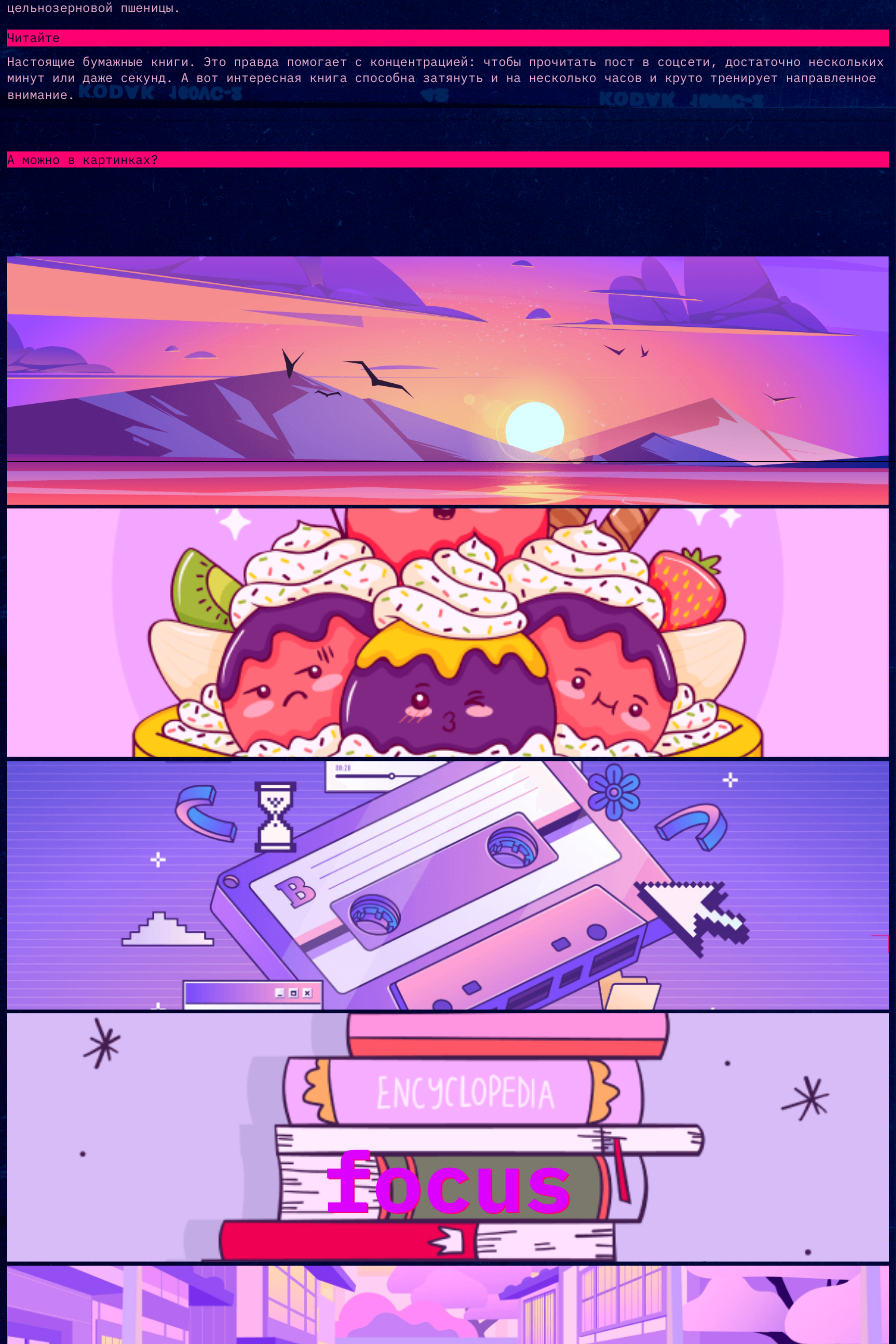
Repository: NikWolf75/slozhno-sosredotochitsya-fd
Page: index.html
These files come from the project's save history. The page is drawn as it stood at one moment and after the next save; the edit follows.
The browser window is 1280 px wide. The pictures show the part of the page from y = 2245 to 4165 px (the page is 4414 px tall before and 26178 px after), at 70% of full size.
Backgrounds fixed to the window are drawn as part of the page.

Above is the page before, as saved 2025-02-27 11:44:12.

### index.html
<!DOCTYPE html>
<html lang="ru">
  <head>
    <meta charset="UTF-8" />
    <meta http-equiv="X-UA-Compatible" content="IE=edge" />
    <meta name="viewport" content="width=device-width, initial-scale=1.0" />
    <meta name="color-scheme" content="dark light" />
    <link rel="stylesheet" href="/fonts/fonts.css" />
    <link rel="stylesheet" href="/styles/globals.css" />
    <link rel="stylesheet" href="/styles/variables.css" />
    <link rel="stylesheet" href="/styles/style.css" />
    <link rel="stylesheet" href="/styles/dark.css" />
    <link rel="stylesheet" href="/styles/light.css" />
    <link rel="icon" href="image/favicon.ico" />
    <title>Сложно сосредоточиться</title>
    <script src="./scripts/script.js"></script>
  </head>
  <body class="page">
    <div class="rec_element" aria-hidden="true"></div>
    <header class="header decorated-zone">
      <nav class="header__theme-menu">
        <ul class="header__theme-menu-list">
          <li class="header__theme-menu-item">
            <button
              class="header__theme-menu-button header__theme-menu-button_type_light"
            >
              День
            </button>
          </li>
          <li class="header__theme-menu-item">
            <button
              class="header__theme-menu-button header__theme-menu-button_active header__theme-menu-button_type_auto"
              disabled
            >
              Авто
            </button>
          </li>
          <li class="header__theme-menu-item">
            <button
              class="header__theme-menu-button header__theme-menu-button_type_dark"
            >
              Неон
            </button>
          </li>
        </ul>
      </nav>
      <h1 class="header__title">no focus</h1>
      <div class="header__undertitle title-decor">
        <p>Что делать, когда не можешь делать ничего</p>
        <p>
          Или почему нам так сложно сконцентрироваться, особенно когда очень
          надо
        </p>
      </div>
    </header>
    <main class="content">
      <section class="content__section content__why">
        <h2 class="content__section-title"> Почему сосредоточиться так сложно
        </h2>
        <article class="content__section-text_block">
          <h3 class="content__section-text_block-undertitle title-decor">
            Многозадачность
          </h3>
          <p class="content__section-text_block-text">
            Особенно сложно сосредоточиться, когда задач много и все они —
            важные. Где же легендарная многозадачность, когда она так нужна вам
            (и всем нанимающим менеджерам этого мира)? А дело в том, что её
            просто не существует. Исследователи
            <a class="link-text" href="#0">выяснили</a>,
            что мозгу тяжело концентрироваться даже на двух делах одновременно.
            А когда в поле внимания попадает несколько важных задач, организм
            паникует и выделяет кортизол и адреналин — «гормоны стресса».
            Из-за этого мы работаем невнимательно: ошибаемся и быстро устаём.
          </p>
        </article>
        <article class="content__section-text_block">
          <h3 class="content__section-text_block-undertitle title-decor">
            Дофамин
          </h3>
          <p class="content__section-text_block-text">
            С гормонами стресса всё понятно, но дальше — ещё интереснее. В нашей
            невозможности сосредоточиться замешана и полная противоположность
            стрессу — дофамин. Это вещество участвует в системе вознаграждения
            мозга. Причём тут он? Мы часто отвлекаемся от важной задачи на
            что-то более «приятное» для мозгов. Например, смотрим лайки в
            соцсетях. В это время и выделяется дофамин — и мы чувствуем
            удовольствие. Получается замкнутый круг: чем больше отвлекаешься,
            тем больше удовольствия получаешь.
          </p>
        </article>
      </section>
      <section class="content__section content__what">
        <h2 class="content__section-title">
          Что снижает концентрацию внимания?
        </h2>
        <article class="content__section-text_block">
          <h3 class="content__section-text_block-undertitle title-decor">
            Многозадачность
          </h3>
          <p class="content__section-item-text">
            Как концентрация может снижаться из-за… концентрации? Любая
            стрессовая ситуация (и резко меняющийся мир в целом) заставляет наш
            мозг постоянно «сканировать» окружающую среду на предмет опасности.
            Например, читать новости вместо работы. Но быть собранными всё время
            — невозможно. Концентрация — мышца, и она может не выдержать, если
            не давать ей отдохнуть.
          </p>
        </article>
        <article class="content__section-text_block">
          <h3 class="content__section-text_block-undertitle title-decor">
            Еда
          </h3>
          <p class="content__section-text_block-text">
            «Быстрые углеводы» — сахар, белый хлеб, сладости — молниеносно
            доставляют в мозг энергию и помогают ему лучше работать. Но уходит
            эта энергия также быстро, как и приходит. А мы в результате попадаем
            на «углеводные качели»: как только действие «быстрых углеводов»
            заканчивается, мы чувствуем усталость и сонливость. И хотим ещё
            больше быстрых углеводов.
          </p>
        </article>
        <article class="content__section-text_block">
          <h3 class="content__section-text_block-undertitle title-decor">
            Гаджеты
          </h3>
          <p class="content__section-text_block-text">
            Да-да, это та самая ситуация, когда на экране ноутбука — код, в
            наушниках — подкаст, а на компьютере фоном — ещё и видео с забавными
            утятами. В результате мозг пытается переключиться с одной задачи на
            другую — и просто не может. А чтобы вернуться к состоянию полной
            концентрации, человеку в среднем нужно 20 минут. Вот и получается,
            что чем больше времени мы проводим в гаджетах, тем больше времени
            затем нужно, чтобы вернуться к работе.
          </p>
        </article>
      </section>
      <section class="content__section content_how">
        <h2 class="content__section-title">
          Как концентрироваться лучше, чем золотая рыбка (то есть дольше трёх
          секунд)
        </h2>
        <article class="content__section-text_block">
          <h3
            class="content__section-text_block-undertitle tips-undertitle title-decor"
          >
            5 простых (на самом деле не очень) советов
          </h3>
          <h4 class="content__section-text_block-undertitle title-decor">
            Представьте небо и облака
          </h4>
          <p class="content__section-text_block-text">
            Или листья в ручье. Тут дело в лёгкой медитации, которая помогает
            успокоиться. Ведь часто именно тревожные мысли о сложных задачах как
            раз и мешают эти сложные задачи делать. В такие моменты можно
            закрыть глаза и представить, что чистое небо — это вы, а облака —
            тревожные мысли. И сколько бы их ни было — ясное небо всегда будет
            где-то там, за тучами, и никуда не денется. Это упражнение поможет
            вернуться в настоящий момент, а не волноваться о потенциальных
            проблемах из будущего.
          </p>
        </article>
        <article class="content__section-text_block">
          <h4 class="content__section-text_block-undertitle title-decor">
            Включите музыку
          </h4>
          <p class="content__section-text_block-text">
            Но не любую, и не любимую. Любимая может быть связана с сильными
            положительными эмоциями, которые тоже очень сильно отвлекают.
            Подойдёт тихая, спокойная, умеренно-ритмичная. Можно вообще
            попробовать включить плейлист с «белым шумом» или нейромузыкой.
          </p>
        </article>
        <article class="content__section-text_block">
          <h4 class="content__section-text_block-undertitle title-decor">
            Прогуляйтесь
          </h4>
          <p class="content__section-text_block-text">
            Или даже пробегитесь. Лучше найти парк или лес: один эксперимент
            <a class="link-text" href="#0">показал</a>, что созерцание природы повышает концентрацию, в то время
            как после просмотра городских пейзажей она наоборот понижается.
            Можно совместить прогулку с физическими упражнениями или бегом — так
            в мозг поступит ещё больше кислорода и он будет лучше работать. Но и
            простая двадцатиминутная прогулка — тоже отличный вариант.
          </p>
        </article>
        <article class="content__section-text_block">
          <h4 class="content__section-text_block-undertitle title-decor">
            Хорошо ешьте
          </h4>
          <p class="content__section-text_block-text">
            Мы — не ваша бабушка, но это правда важно. Выбирайте продукты,
            которые препятствуют резким скачкам сахара в крови. Например, с
            высоким содержанием клетчатки: овощи, ягоды, бобовые (нут, чечевица,
            фасоль), коричневый рис, хлеб из цельнозерновой пшеницы.
          </p>
        </article>
        <article class="content__section-text_block">
          <h4 class="content__section-text_block-undertitle title-decor">
            Читайте
          </h4>
          <p class="content__section-text_block-text">
            Настоящие бумажные книги. Это правда помогает с концентрацией: чтобы
            прочитать пост в соцсети, достаточно нескольких минут или даже
            секунд. А вот интересная книга способна затянуть и на несколько
            часов и круто тренирует направленное внимание.
          </p>
        </article>
      </section>
      <section class="content__section content__gallery">
        <h2 class="content__section-text_block-undertitle title-decor">
          А можно в картинках?
        </h2>
        <div class="content_section-images_gallery">
          <img
            class="content__section-image"
            src="./images/sunset.png"
            alt="Вид острова на закате"
            loading="lazy"
          />
          <img
            class="content__section-image"
            src="./images/ice-cream.png"
            alt="Чаша с мороженным"
            loading="lazy"
          />
          <img
            class="content__section-image"
            src="./images/tape.png"
            alt="Кассета"
            loading="lazy"
          />
          <img
            class="content__section-image"
            src="./images/books.png"
            alt="Стопка книг"
            loading="lazy"
          />
          <img
            class="content__section-image"
            src="./images/street.png"
            alt="Улица"
            loading="lazy"
          />
        </div>
      </section>
    </main>
    <footer class="footer decorated-zone">
      <h2 class="footer__title">focus</h2>
    </footer>
  </body>
</html>

### styles/variables.css
:root {
  --title-color: #ff0070;
  --main-font: 'IBM Plex mono';
  --main-font-size: 18px;
  --title-font-weight: 700;
  --text-font-weight: 400;
  --main-padding-small: 10px;
}

### styles/style.css
.page {
  font-family: var(--main-font, 'IBM Plex mono');
  font-size: var(--main-font-size, 18px);
  block-size: min-content;
  position: relative;
  font-weight: 400;
  background-color: var(--main-background-color, #000028 );
  background-image: var(--main-background-image, url("../images/cover-image-dark.png"));
  background-repeat: no-repeat;
  background-attachment: fixed;
  background-position: center;
  background-size: cover;
  line-height: 1.3em;
  color: var(--main-font-color, #F1B2CE);
 }

.decorated-zone {
  position: relative;
}

.decorated-zone::after,
.decorated-zone::before {
  position: absolute;
  inline-size: 25px;
  block-size: 25px;
  content: "";
  border: 1px solid var(--corner-color);
}

.decorated-zone::after {
  bottom: 10px;
  left: 10px;
  border-bottom: 1px solid var(--rectangle-color, #ff0070);
  border-left: 1px solid var(--rectangle-color, #ff0070);
}

.decorated-zone::before {
  top: 10px;
  right: 10px;
  border-top: 1px solid var(--rectangle-color, #ff0070);
  border-right: 1px solid var(--rectangle-color, #ff0070);
}

.rec_element {
  position: absolute;
  display: flex;
  align-items: center;
  justify-content: center;
  top: 10px;
  right: 20px;
  color: var(--rec-theme-color, #ff0070);
  gap: 10px;
}

.rec_element:before {
  content: "REC";
}

.rec_element:after {
  display: block;
  content: "";
  border-radius: 50%;
  background: var(--accent-color, #ff0070);
  width: 10px;
  height: 10px;
  box-shadow: 0 0 4px 2px var(--accent-color, #ff0070)
}

.header {
  display: grid;
  grid-template-columns: 1fr;
  grid-template-rows: 1fr min-content 1fr;
  align-items: center;
  position: relative;
  block-size: min(668px, 100vh);
  padding: var(--main-padding-small, 10px);
  margin-block-end: 40px;
 }

.header__theme-menu-list {
  display: flex;
  flex-direction: column;
  align-items: end;
  block-size: 100%;
  row-gap: 10px;
}

.header__theme-menu-button {
  text-align: center;
  background: transparent;
  color: var(--button-text-color);
  border: none;
  text-transform: lowercase;
  padding-right: 13px;
  padding-left: 13px;
}

.header__theme-menu-bitton:hover {
  outline: 1px solid var(--button-outline-color)
}

.header__theme-menu-button_active {
  outline: 1px solid var(--button-theme-color, #ff0070);
}

.header__theme-menu-button:focus {
  outline: none;
  text-decoration: underline;
}

.header__title {
  font-size: clamp(7.25rem, 7.0115rem + 1.0178vw, 7.5rem);
  line-height: 83%;
  color: var(--accent-color-title, #db00ff);
  text-shadow: 4px 4px 0 var(--accent-color, #ff0070);
  cursor: default;
}

.header__undertitle {
  font-size: var(--main-font), monospace;
  font-weight: var(--title-font-weight, 700);
  border-bottom: none;
  border-left: none;
}

.title-decor {
  color: var(--undertitle-color, #000028);
  background-color: var(--title-color, #ff0070);
}

.content {
  display: grid;
  padding: 0 var(--main-padding-small, 10px);
  grid-template-columns: 1fr;
  gap: 50px;
}

.content__section {
  display: grid;
  grid-template-columns: 1fr;
  row-gap: 20px;
}

.content__section-title {
  justify-self: start;
  color: var(--title-color, #ff0070);
}

.content__section-text_block-undertitle,
.content__section-title {
  font-size: var(--main-font-size, 18px);
  font-weight: var(--title-font-weight, 700);
}

.content__section-text_block-undertitle {
  margin-block-end: 10px;
  height: min-content;
}

.content__section-text_block-text {
  font-weight: var(--text-font-weight, 400);
}

.link-text {
  text-decoration: none;
  text-shadow: 2px 1px var(--accent-color, #ff0070);
}

.link-text:hover {
  cursor: pointer;
  border-block-end: 1px solid currentColor;
}

.link-text:focus-visible {
  border: 1px solid currentColor;
}

.content_how,
.tips-undertitle {
  font-weight: var(--title-font-weight, 400);
  margin-block-end: 20px;
}

.content__how,
.content__section-text_block-undertitle {
  font-weight: 400;
}

.content__gallery {
  display: grid;
  grid-template-rows: 150px 355px 250px 355px;
  gap: 0;
}

.content__section-images_gallery {
  display: grid;
  grid-template-columns: repeat(auto-fill, minmax(355px, 1fr));
  grid-template-rows: 100px 355px 100px 355px;
  gap: 10px;
  inline-size: 100%;
}

.content__section-image {
  inline-size: 100%;
  object-fit: cover;
  block-size: 100%;
}

.footer {
  position: relative;
  display: grid;
  block-size: 100vh;
  min-block-size: 668px;
  grid-template-columns: 1fr;


}

.footer__title {
  font-size: var(--title-font-size-small, clamp(7.25rem, 7.0115rem + 1.0178vw, 7.5rem));
  font-weight: var(--title-font-weight, 700);
  line-height: 95.7%;
  align-self: center;
  cursor: default;
  color: var(--accent-color-title, #db00ff);
  text-shadow: 2px 2px 0 var(--accent-color, #ff0070);
  justify-self: center;

}

### scripts/script.js
(function initTheme() {
  const theme = localStorage.getItem('theme');
  if (theme) {
    setTheme(theme);
  }
})();

document.addEventListener('DOMContentLoaded', () => {
  const currentTheme = [...document.documentElement.classList]
    .find((cn) => cn.startsWith('theme-'))
    ?.replace('theme-', '');
  const themeButtons = [
    ...document.querySelectorAll('.header__theme-menu-button'),
  ];
  setActiveButton(themeButtons, currentTheme);

  themeButtons.forEach((button) => {
    button.addEventListener('click', () => {
      const chosenTheme = [...button.classList]
        .find((cn) => cn.includes('_type_'))
        .split('_type_')[1];
      setTheme(chosenTheme);
      setActiveButton(themeButtons, chosenTheme);
    });
  });
});

function setTheme(theme) {
  document.documentElement.className = '';
  document.documentElement.classList.add(`theme-${theme}`);
  localStorage.setItem('theme', theme);
}

function setActiveButton(buttonsArray, theme) {
  buttonsArray.forEach((button) => {
    button.classList.remove('header__theme-menu-button_active');
    button.removeAttribute('disabled');
  });
  const target = buttonsArray.find((button) =>
    button.classList.contains(`header__theme-menu-button_type_${theme}`)
  );
  if (target) {
    target.classList.add('header__theme-menu-button_active');
    target.setAttribute('disabled', true);
  } else {
    const autoButton = document.querySelector(
      '.header__theme-menu-button_type_auto'
    );
    autoButton.classList.add('header__theme-menu-button_active');
    autoButton.setAttribute('disabled', true);
  }
}

Loaded but not shown: fonts/fonts.css (common file); styles/globals.css (common file); styles/dark.css (common file); styles/light.css (common file)

After the next save:
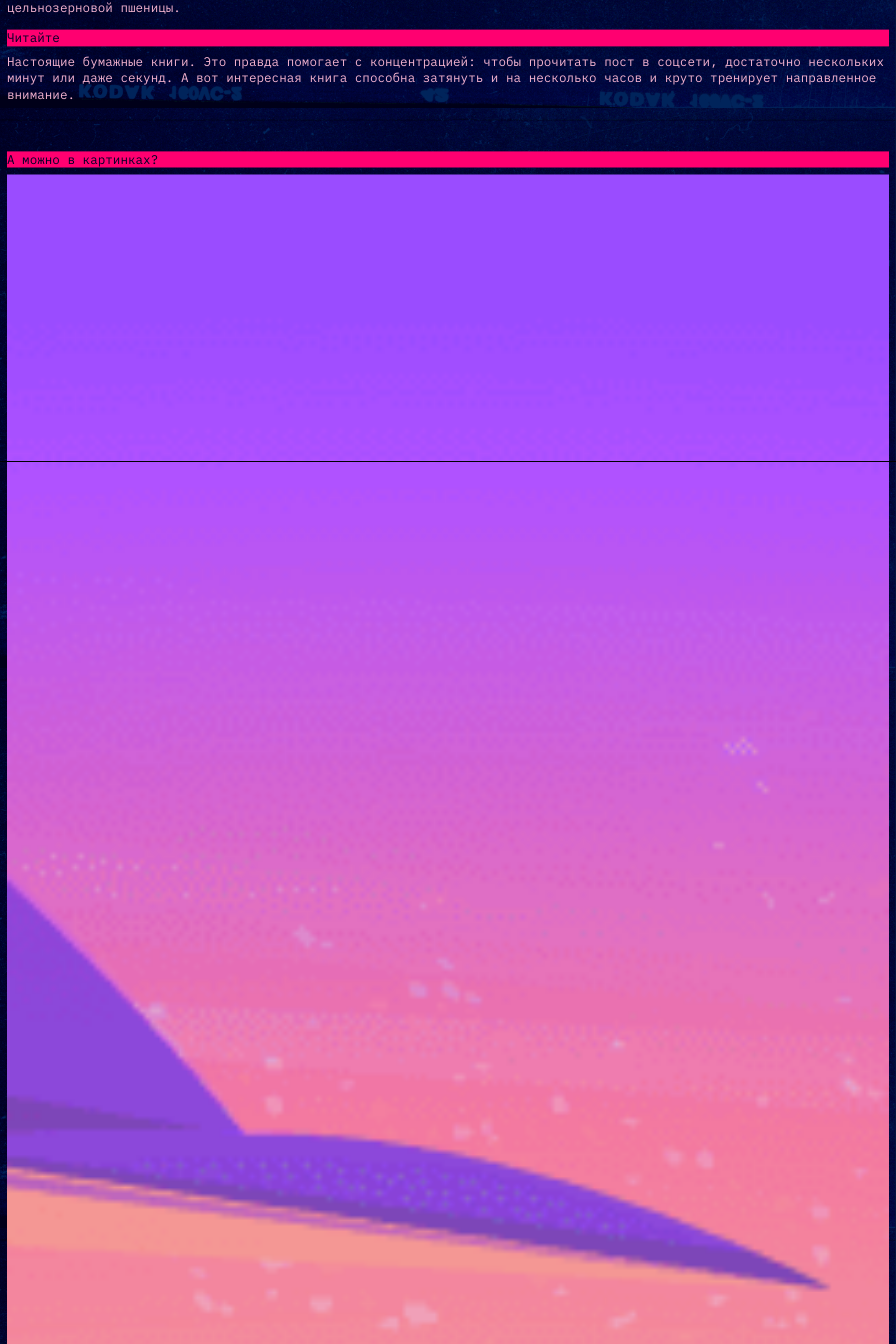
Saved 8 s later.
--- a/styles/style.css
+++ b/styles/style.css
@@ -187,9 +187,8 @@
 }
 
 .content__gallery {
-  display: grid;
-  grid-template-rows: 150px 355px 250px 355px;
   gap: 0;
+  margin: 0;
 }
 
 .content__section-images_gallery {
